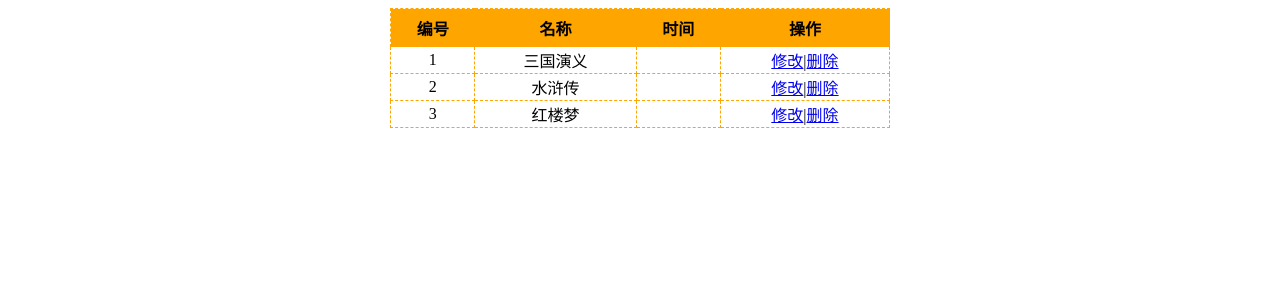
Repository: wjiawei97/FrontEndExercises
Page: 8. book_manegement/index.html
An editor plug-in stored every save of this project. The page is shown before and after the next save, followed by the edit.
The browser window is 1280 px wide. The pictures show the whole page.

Above is the page before, as saved 2021-08-22 12:13:15.

### 8. book_manegement/index.html
<!DOCTYPE html>
<html lang="en">
<head>
    <meta charset="UTF-8">
    <meta http-equiv="X-UA-Compatible" content="IE=edge">
    <meta name="viewport" content="width=device-width, initial-scale=1.0">
    <title>Document</title>
    <style>
        .grid{
            margin: 0 auto;
            width: 500px;
            text-align: center;
        }
        .grid table{
            width: 100%;
            border-collapse: collapse;
        }
        .grid th{
            background-color: orange;
            height: 35px;
        }
        .grid th,td{
            border: 1px dashed orange;
        }
    </style>
</head>
<body>
    <div id="app">
        <div class="grid">
            <table>
                <thead>
                    <tr>
                        <th>编号</th>
                        <th>名称</th>
                        <th>时间</th>
                        <th>操作</th>
                    </tr>
                </thead>
                <tbody>
                    <tr>
                        <td>1</td>
                        <td>三国演义</td>
                        <td></td>
                        <td><a href="#">修改</a>|<a href="#">删除</a></td>
                    </tr>
                    <tr>
                        <td>2</td>
                        <td>水浒传</td>
                        <td></td>
                        <td><a href="#">修改</a>|<a href="#">删除</a></td>
                    </tr>
                    <tr>
                        <td>3</td>
                        <td>红楼梦</td>
                        <td></td>
                        <td><a href="#">修改</a>|<a href="#">删除</a></td>
                    </tr>
                </tbody>
            </table>
        </div>
    </div>
</body>
</html>

After the next save:
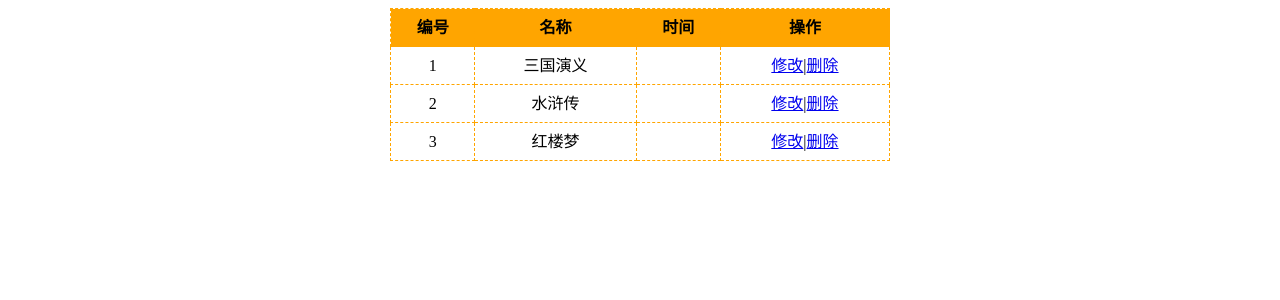
Saved 19 s later.
--- a/8. book_manegement/index.html
+++ b/8. book_manegement/index.html
@@ -17,10 +17,11 @@
         }
         .grid th{
             background-color: orange;
-            height: 35px;
         }
         .grid th,td{
             border: 1px dashed orange;
+            height: 35px;
+            line-height: 35px;
         }
     </style>
 </head>
